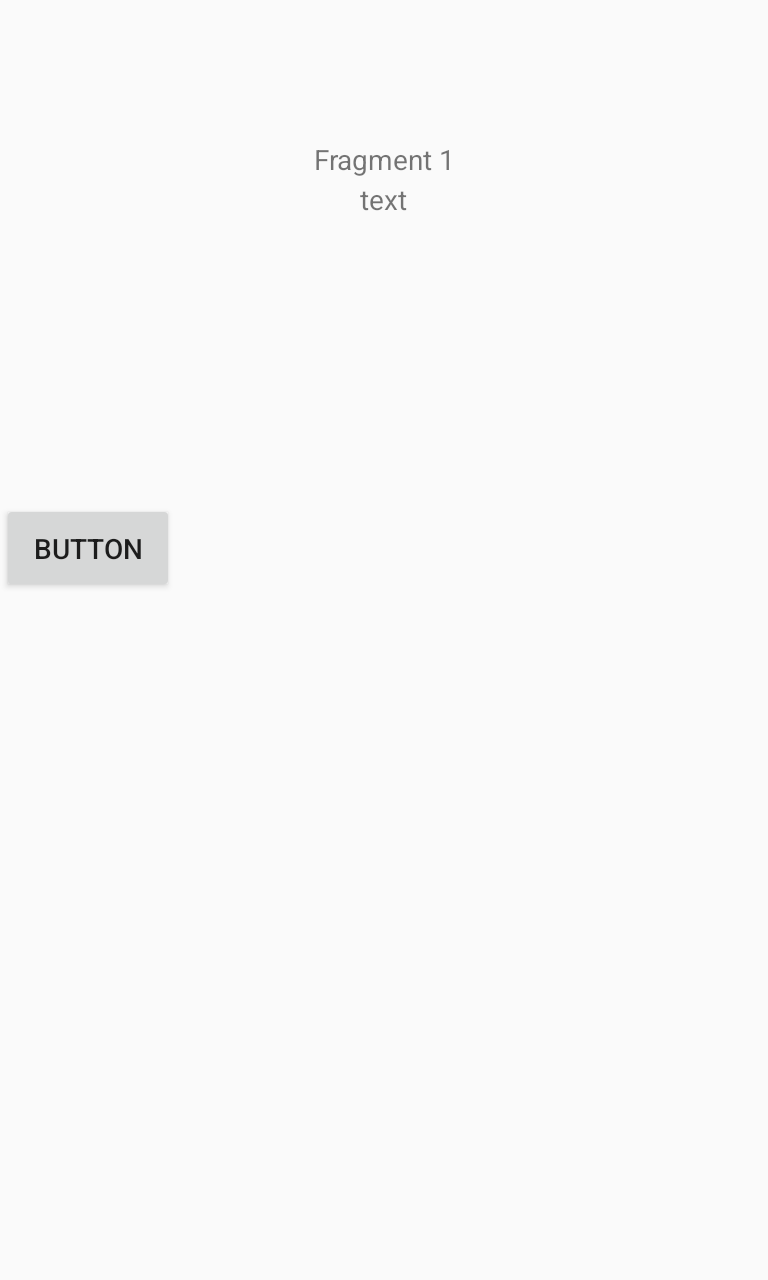
Repository: JottaReyes/BootcampsGlobant
Layout: BootcampsGlobant/res/layout/activity_fragment_1.xml
These files come from the project's save history. The layout is drawn as it stood at one moment and after the next save; the edit follows.
It is drawn on a 768 x 1280 px phone screen (xhdpi) without system bars, with theme AppTheme; the app's code is not run.

Above is the layout before, as saved 2014-06-19 15:01:50.

After the next save:
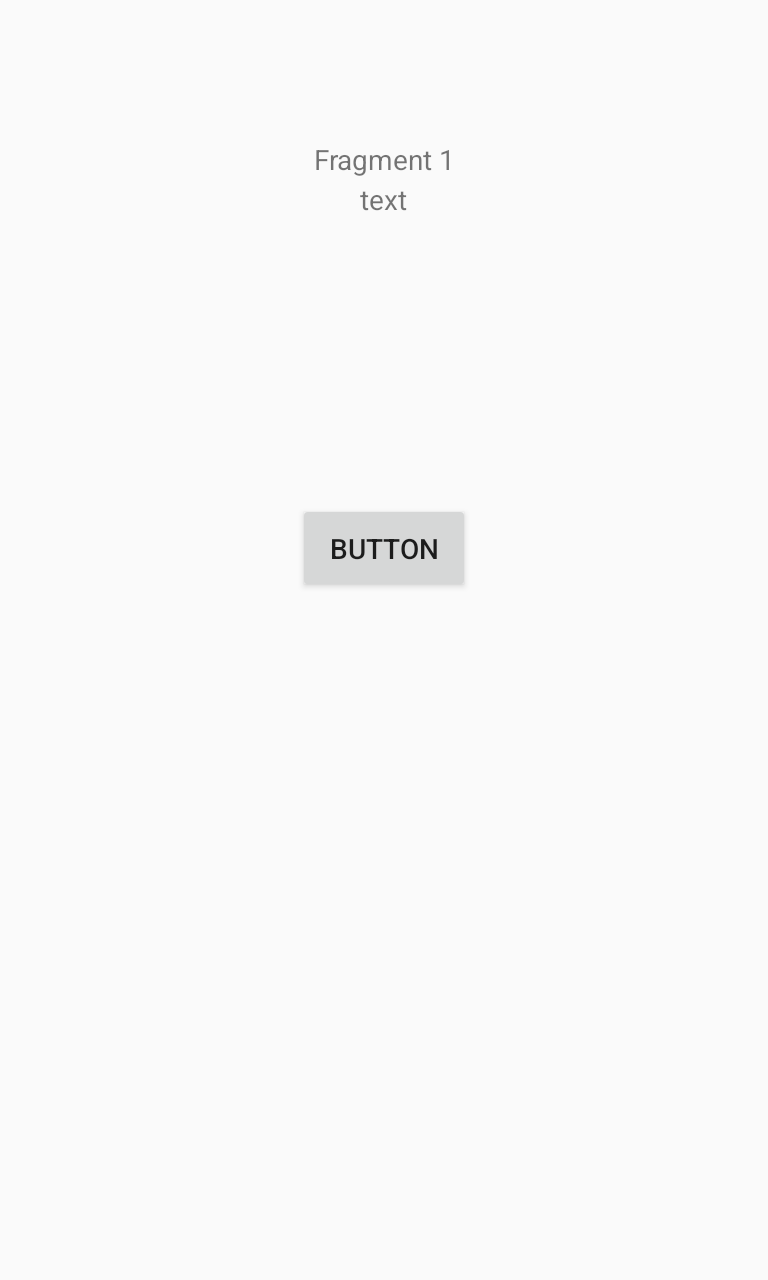
Saved 11 s later.
--- a/BootcampsGlobant/res/layout/activity_fragment_1.xml
+++ b/BootcampsGlobant/res/layout/activity_fragment_1.xml
@@ -37,6 +37,7 @@
         android:id="@+id/button1"
         android:layout_width="wrap_content"
         android:layout_height="wrap_content"
+        android:layout_gravity="center_horizontal"
         android:layout_marginTop="250dp"
         android:text="Button" />
 
